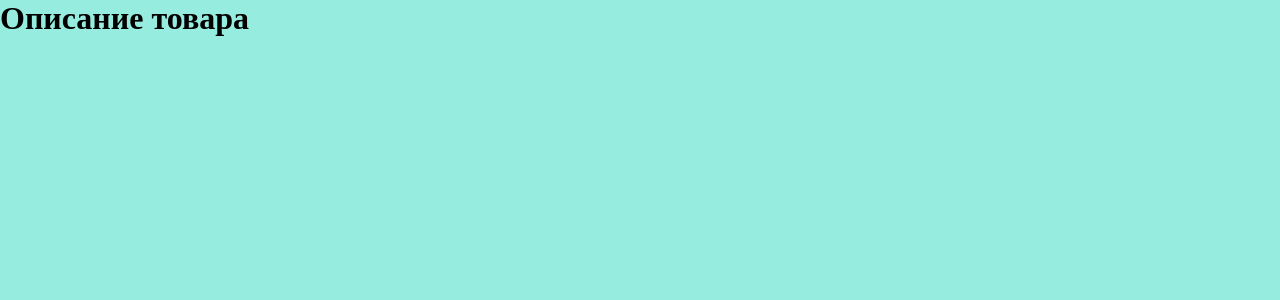
Repository: annamsklv/web
Page: seminar2_26.01/product page.html
The author's editor kept a copy of each file at every save. The page is drawn from the files as they stood at one save, then again after a run of saves.
The browser window is 1280 px wide. The pictures show the whole page.

Above is the page before, as saved 2023-02-01 18:57:33.

After the next 2 saves:
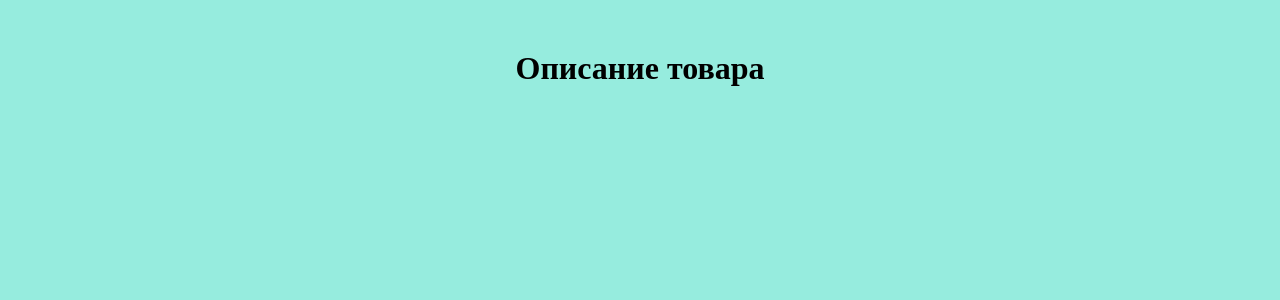
The 2 saves are shown as one change because they came seconds apart.
The last was saved 2 min 53 s later.
--- a/seminar2_26.01/product style.css
+++ b/seminar2_26.01/product style.css
@@ -6,3 +6,8 @@
 body{
     background-color: rgb(150, 236, 222);
 }
+
+.title, .description, .subtitle{
+    text-align: center;
+    margin-top: 50px;
+}
